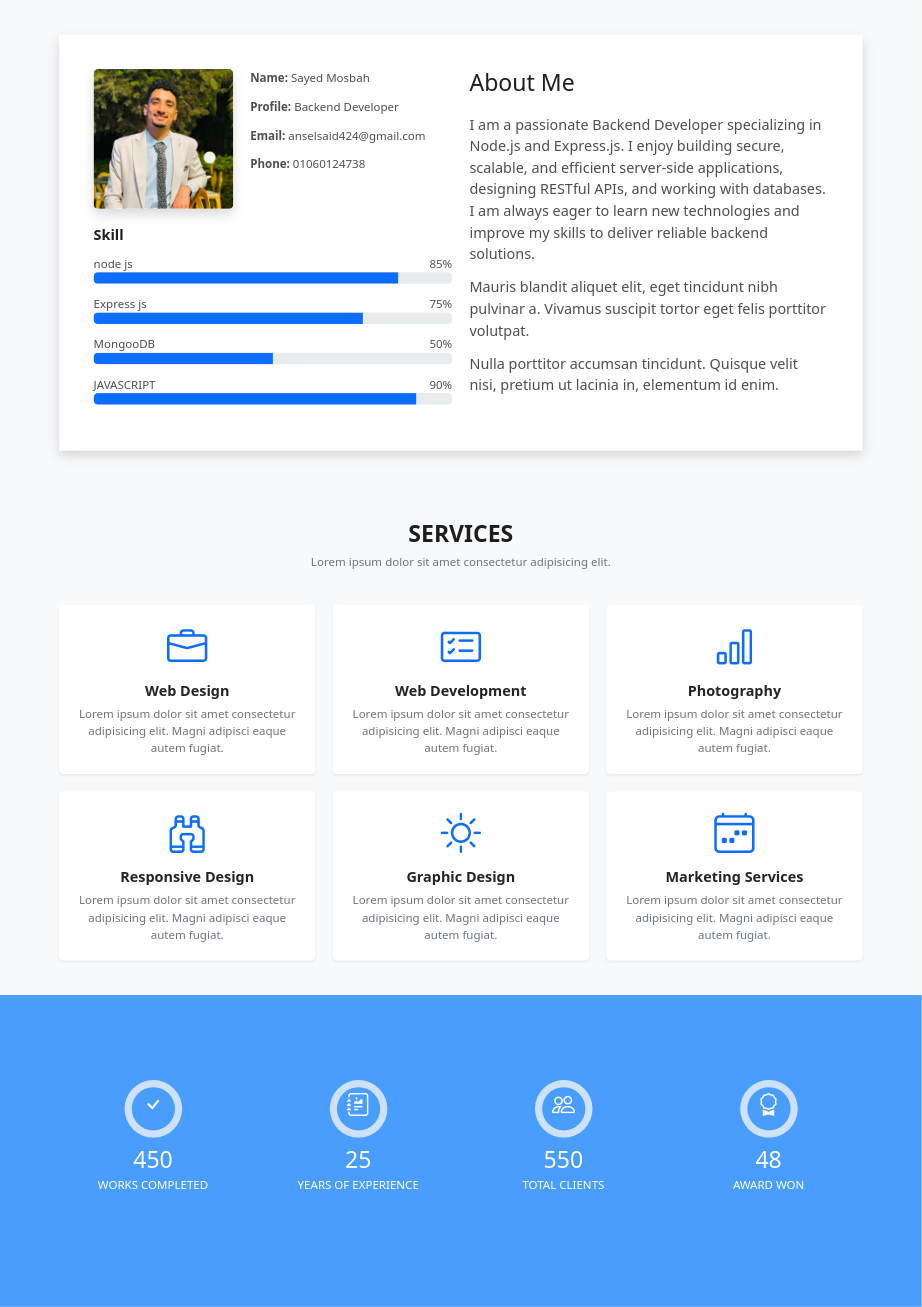
Repository: SayedMosb/protoflio_Bootstrap
Page: test.html
The author's editor kept a copy of each file at every save. The page is drawn from the files as they stood at one save, then again after the next save.
The browser window is 1280 px wide. The pictures show the whole page, at 72% of full size.
Backgrounds fixed to the window are drawn as part of the page.

Above is the page before, as saved 2026-10-12 00:30:26.
Not found: assets/img/counters-bg.jpg

### test.html

<!DOCTYPE html>
<html lang="en">

<head>
    <meta charset="UTF-8">
    <meta name="viewport" content="width=device-width, initial-scale=1.0">
    <title>DevFolio</title>

    <!-- Bootstrap -->
    <link href="https://cdn.jsdelivr.net/npm/bootstrap@5.3.3/dist/css/bootstrap.min.css" rel="stylesheet">

    <!-- Bootstrap Icons -->
    <link rel="stylesheet" href="https://cdn.jsdelivr.net/npm/bootstrap-icons@1.11.3/font/bootstrap-icons.min.css">
   <link rel="stylesheet" href="./css/style.css">
</head>

<body>

    <!-- About Section -->
    <section id="about" class="py-5 bg-light">

        <div class="container">

            <div class="row">

                <div class="col-12">

                    <div class="bg-white shadow p-4 p-md-5">

                        <div class="row">

                            <!-- First Column -->
                            <div class="col-md-6">

                                <div class="row">

                                    <div class="col-sm-6 col-md-5">

                                        <img src="../my image finally.jpeg"
                                             class="img-fluid rounded shadow"
                                             alt="Profile">

                                    </div>

                                    <div class="col-sm-6 col-md-7">

                                        <p>
                                            <strong>Name:</strong>
                                            Sayed Mosbah
                                        </p>

                                        <p>
                                            <strong>Profile:</strong>
                                            Backend  Developer
                                        </p>

                                        <p>
                                            <strong>Email:</strong>
                                           anselsaid424@gmail.com
                                        </p>

                                        <p>
                                            <strong>Phone:</strong>
                                           01060124738
                                        </p>

                                    </div>

                                </div>

                                <!-- Skills -->
                                <div class="mt-4">

                                    <h5 class="fw-bold mb-3">Skill</h5>

                                    <div class="mb-3">

                                        <div class="d-flex justify-content-between">
                                            <span>node js</span>
                                            <span>85%</span>
                                        </div>

                                        <div class="progress">
                                            <div class="progress-bar" style="width: 85%"></div>
                                        </div>

                                    </div>

                                    <div class="mb-3">

                                        <div class="d-flex justify-content-between">
                                            <span>Express js</span>
                                            <span>75%</span>
                                        </div>

                                        <div class="progress">
                                            <div class="progress-bar" style="width: 75%"></div>
                                        </div>

                                    </div>

                                    <div class="mb-3">

                                        <div class="d-flex justify-content-between">
                                            <span>MongooDB</span>
                                            <span>50%</span>
                                        </div>

                                        <div class="progress">
                                            <div class="progress-bar" style="width: 50%"></div>
                                        </div>

                                    </div>

                                    <div class="mb-3">

                                        <div class="d-flex justify-content-between">
                                            <span>JAVASCRIPT</span>
                                            <span>90%</span>
                                        </div>

                                        <div class="progress">
                                            <div class="progress-bar" style="width: 90%"></div>
                                        </div>

                                    </div>

                                </div>

                            </div>

                            <!-- Second Column -->
                            <div class="col-md-6">

                                <div class="pt-4 pt-md-0">

                                    <h2 class="mb-4">About Me</h2>

                                    <p class="lead">
                                       I am a passionate Backend Developer specializing in Node.js and Express.js. I enjoy building secure, scalable, and efficient server-side applications, designing RESTful APIs, and working with databases. I am always eager to learn new technologies and improve my skills to deliver reliable backend solutions.

                                    </p>

                                    <p class="lead">
                                        Mauris blandit aliquet elit, eget tincidunt
                                        nibh pulvinar a. Vivamus suscipit tortor
                                        eget felis porttitor volutpat.
                                    </p>

                                    <p class="lead">
                                        Nulla porttitor accumsan tincidunt.
                                        Quisque velit nisi, pretium ut lacinia
                                        in, elementum id enim.
                                    </p>

                                </div>

                            </div>

                        </div>

                    </div>

                </div>

            </div>

        </div>

    </section>


    <!-- Services Section -->
    <section class="py-5 bg-light">

        <div class="container">

            <!-- Section Title -->
            <div class="text-center mb-5">

                <h2 class="fw-bold">SERVICES</h2>

                <p class="text-secondary">
                    Lorem ipsum dolor sit amet consectetur adipisicing elit.
                </p>

            </div>

            <div class="row g-4">

                <!-- Service 1 -->
                <div class="col-md-4">

                    <div class="card text-center border-0 shadow-sm h-100 p-4">

                        <div class="mb-3">
                            <i class="bi bi-briefcase display-4 text-primary"></i>
                        </div>

                        <h5 class="card-title fw-bold">Web Design</h5>

                        <p class="card-text text-secondary">
                            Lorem ipsum dolor sit amet consectetur adipisicing elit.
                            Magni adipisci eaque autem fugiat.
                        </p>

                    </div>

                </div>

                <!-- Service 2 -->
                <div class="col-md-4">

                    <div class="card text-center border-0 shadow-sm h-100 p-4">

                        <div class="mb-3">
                            <i class="bi bi-card-checklist display-4 text-primary"></i>
                        </div>

                        <h5 class="card-title fw-bold">Web Development</h5>

                        <p class="card-text text-secondary">
                            Lorem ipsum dolor sit amet consectetur adipisicing elit.
                            Magni adipisci eaque autem fugiat.
                        </p>

                    </div>

                </div>

                <!-- Service 3 -->
                <div class="col-md-4">

                    <div class="card text-center border-0 shadow-sm h-100 p-4">

                        <div class="mb-3">
                            <i class="bi bi-bar-chart display-4 text-primary"></i>
                        </div>

                        <h5 class="card-title fw-bold">Photography</h5>

                        <p class="card-text text-secondary">
                            Lorem ipsum dolor sit amet consectetur adipisicing elit.
                            Magni adipisci eaque autem fugiat.
                        </p>

                    </div>

                </div>

                <!-- Service 4 -->
                <div class="col-md-4">

                    <div class="card text-center border-0 shadow-sm h-100 p-4">

                        <div class="mb-3">
                            <i class="bi bi-binoculars display-4 text-primary"></i>
                        </div>

                        <h5 class="card-title fw-bold">Responsive Design</h5>

                        <p class="card-text text-secondary">
                            Lorem ipsum dolor sit amet consectetur adipisicing elit.
                            Magni adipisci eaque autem fugiat.
                        </p>

                    </div>

                </div>

                <!-- Service 5 -->
                <div class="col-md-4">

                    <div class="card text-center border-0 shadow-sm h-100 p-4">

                        <div class="mb-3">
                            <i class="bi bi-brightness-high display-4 text-primary"></i>
                        </div>

                        <h5 class="card-title fw-bold">Graphic Design</h5>

                        <p class="card-text text-secondary">
                            Lorem ipsum dolor sit amet consectetur adipisicing elit.
                            Magni adipisci eaque autem fugiat.
                        </p>

                    </div>

                </div>

                <!-- Service 6 -->
                <div class="col-md-4">

                    <div class="card text-center border-0 shadow-sm h-100 p-4">

                        <div class="mb-3">
                            <i class="bi bi-calendar4-week display-4 text-primary"></i>
                        </div>

                        <h5 class="card-title fw-bold">Marketing Services</h5>

                        <p class="card-text text-secondary">
                            Lorem ipsum dolor sit amet consectetur adipisicing elit.
                            Magni adipisci eaque autem fugiat.
                        </p>

                    </div>

                </div>

            </div>

        </div>

    </section>

 <div class="section-counter paralax-mf bg-image" style="background-image: url(assets/img/counters-bg.jpg)">
      <div class="overlay-mf"></div>
      <div class="container position-relative">
        <div class="row">
          <div class="col-sm-3 col-lg-3">
            <div class="counter-box counter-box pt-4 pt-md-0">
              <div class="counter-ico">
                <span class="ico-circle"><i class="bi bi-check"></i></span>
              </div>
              <div class="counter-num">
                <p data-purecounter-start="0" data-purecounter-end="450" data-purecounter-duration="0" class="counter purecounter">450</p>
                <span class="counter-text">WORKS COMPLETED</span>
              </div>
            </div>
          </div>
          <div class="col-sm-3 col-lg-3">
            <div class="counter-box pt-4 pt-md-0">
              <div class="counter-ico">
                <span class="ico-circle"><i class="bi bi-journal-richtext"></i></span>
              </div>
              <div class="counter-num">
                <p data-purecounter-start="0" data-purecounter-end="25" data-purecounter-duration="0" class="counter purecounter">25</p>
                <span class="counter-text">YEARS OF EXPERIENCE</span>
              </div>
            </div>
          </div>
          <div class="col-sm-3 col-lg-3">
            <div class="counter-box pt-4 pt-md-0">
              <div class="counter-ico">
                <span class="ico-circle"><i class="bi bi-people"></i></span>
              </div>
              <div class="counter-num">
                <p data-purecounter-start="0" data-purecounter-end="550" data-purecounter-duration="0" class="counter purecounter">550</p>
                <span class="counter-text">TOTAL CLIENTS</span>
              </div>
            </div>
          </div>
          <div class="col-sm-3 col-lg-3">
            <div class="counter-box pt-4 pt-md-0">
              <div class="counter-ico">
                <span class="ico-circle"><i class="bi bi-award"></i></span>
              </div>
              <div class="counter-num">
                <p data-purecounter-start="0" data-purecounter-end="48" data-purecounter-duration="0" class="counter purecounter">48</p>
                <span class="counter-text">AWARD WON</span>
              </div>
            </div>
          </div>
        </div>
      </div>
    </div>
    <script src="https://cdn.jsdelivr.net/npm/bootstrap@5.3.3/dist/js/bootstrap.bundle.min.js"></script>

</body>
</html>

Loaded but not shown: css/style.css (1462 lines, source omitted)

After the next save:
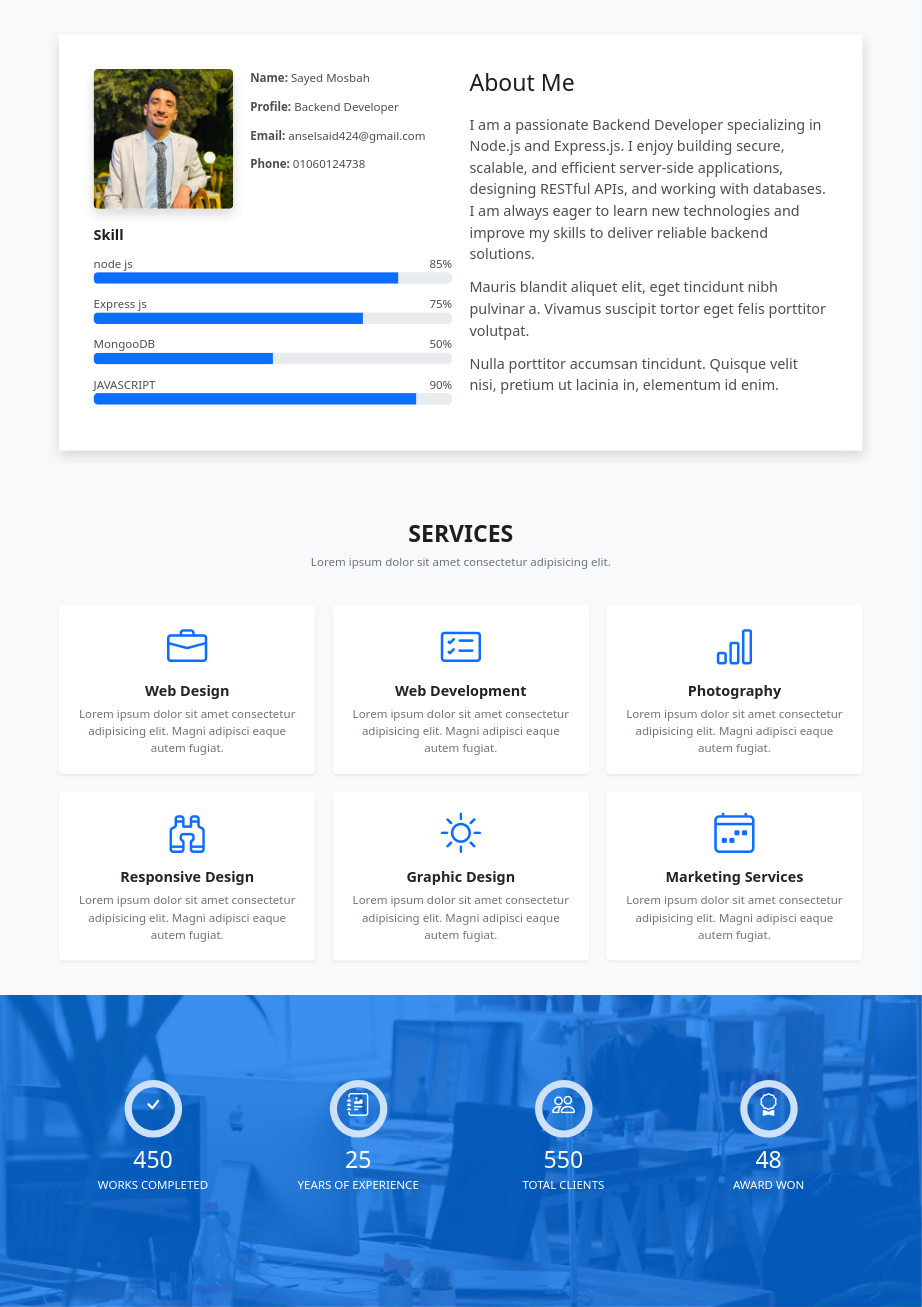
Saved 7 min 45 s later.
--- a/test.html
+++ b/test.html
@@ -315,7 +315,7 @@
 
     </section>
 
- <div class="section-counter paralax-mf bg-image" style="background-image: url(assets/img/counters-bg.jpg)">
+ <div class="section-counter paralax-mf bg-image" style="background-image: url(./img/counters-bg.jpg)">
       <div class="overlay-mf"></div>
       <div class="container position-relative">
         <div class="row">
